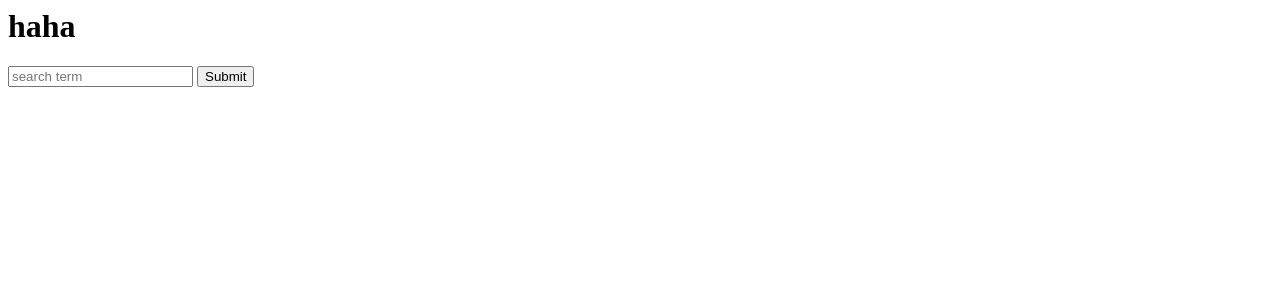
Repository: itsSYBruce/Redfin-Food-Truck
Page: http://localhost/
The author's editor kept a record of every edit. The page is drawn from the files as they stood at one moment, then again after the next edit.
The browser window is 1280 px wide. The pictures show the whole page.
The page is served by the project's Node server (APIs/movie_search_app/app.js).

Above is the page before.

### rulev bs4/APIs/movie_search_app/views/search.ejs
<h1>haha</h1>


<form action = "/results" method = "GET">
    <input type = "text", placeholder = "search term" name = "search">
    <input type = "submit">
</form>

### rulev bs4/APIs/movie_search_app/app.js
var express = require("express");
var app = express();
var request = require("request");
app.set("view engine", "ejs");



app.get("/", function(req, res) {
   res.render("search");
});


app.get("/results", function(req, res) {
    //res.send("hey oh");
    var query = req.query.search;
    var url = "http://www.omdbapi.com/?s=" + query + "&apikey=thewdb";
    request(url, function(error, response, body) {
    if (!error && response.statusCode == 200) {
        var parsed = JSON.parse(body);
        //res.send(parsed["Search"][0]["Title"]);
        res.render("results", {parsed:parsed});
    }
});
});



app.listen(process.env.PORT, process.env.IP, function() {
    console.log("Movie engine started");
});


//http://www.omdbapi.com/?s=guardians+of+the+galaxy&apikey=thewdb
//http://www.omdbapi.com/?i=tt3896198&apikey=thewdb

After the next edit:
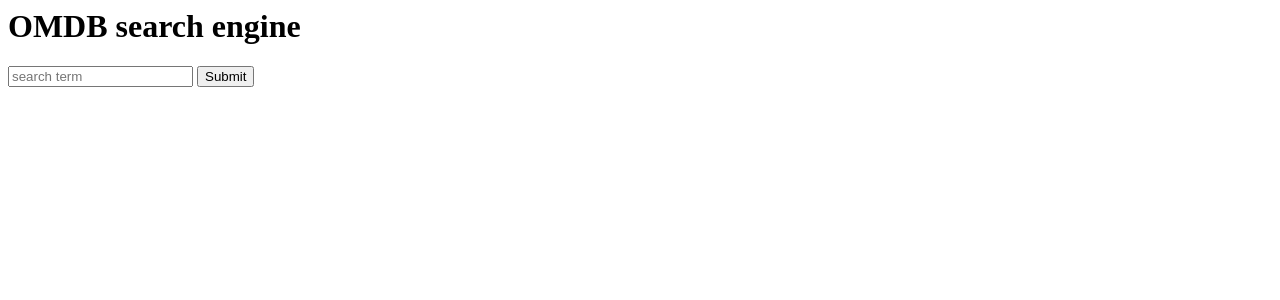
The edit:
--- a/rulev bs4/APIs/movie_search_app/views/search.ejs
+++ b/rulev bs4/APIs/movie_search_app/views/search.ejs
@@ -1,4 +1,4 @@
-<h1>haha</h1>
+<h1>OMDB search engine</h1>
 
 
 <form action = "/results" method = "GET">
